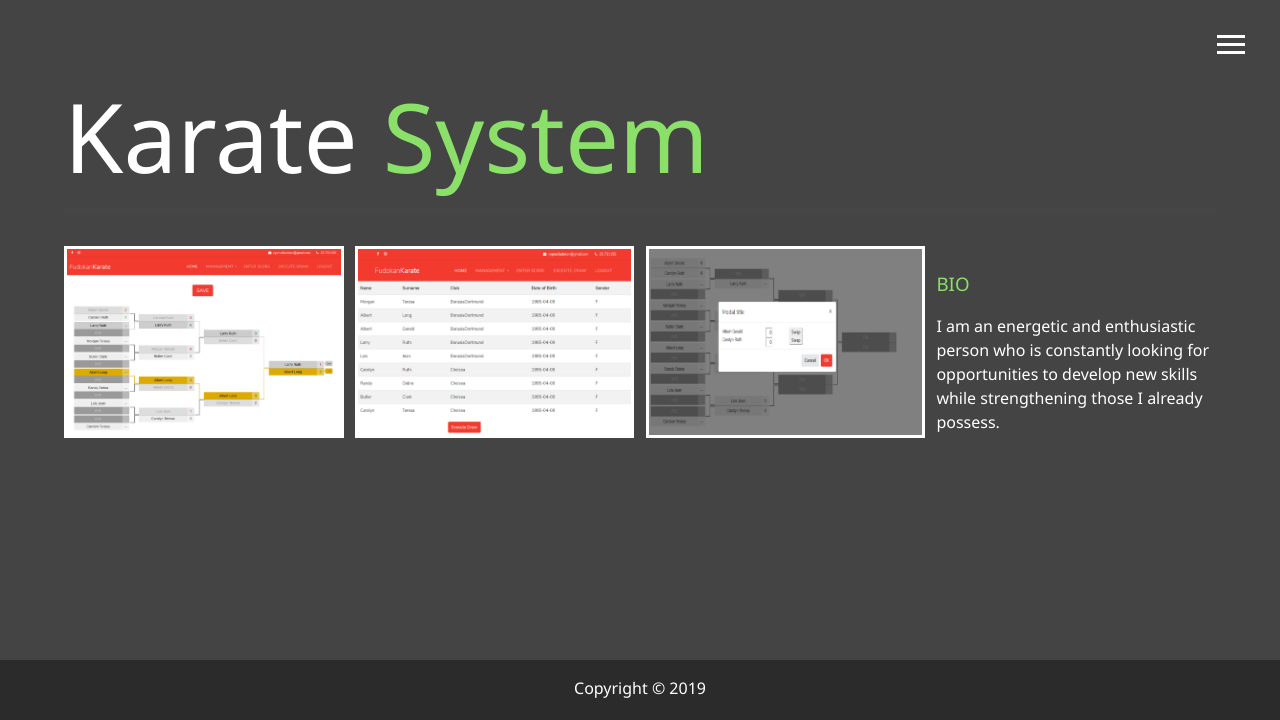
Repository: Preap/portfolio
Page: dist/projects/karate.html
An editor plug-in stored every save of this project. The page is shown before and after the next save, followed by the edit.
The browser window is 1280 px wide. The pictures show the whole page.
Some web libraries are served in a nearby version.

Above is the page before, as saved 2019-06-05 21:56:02.

After the next save:
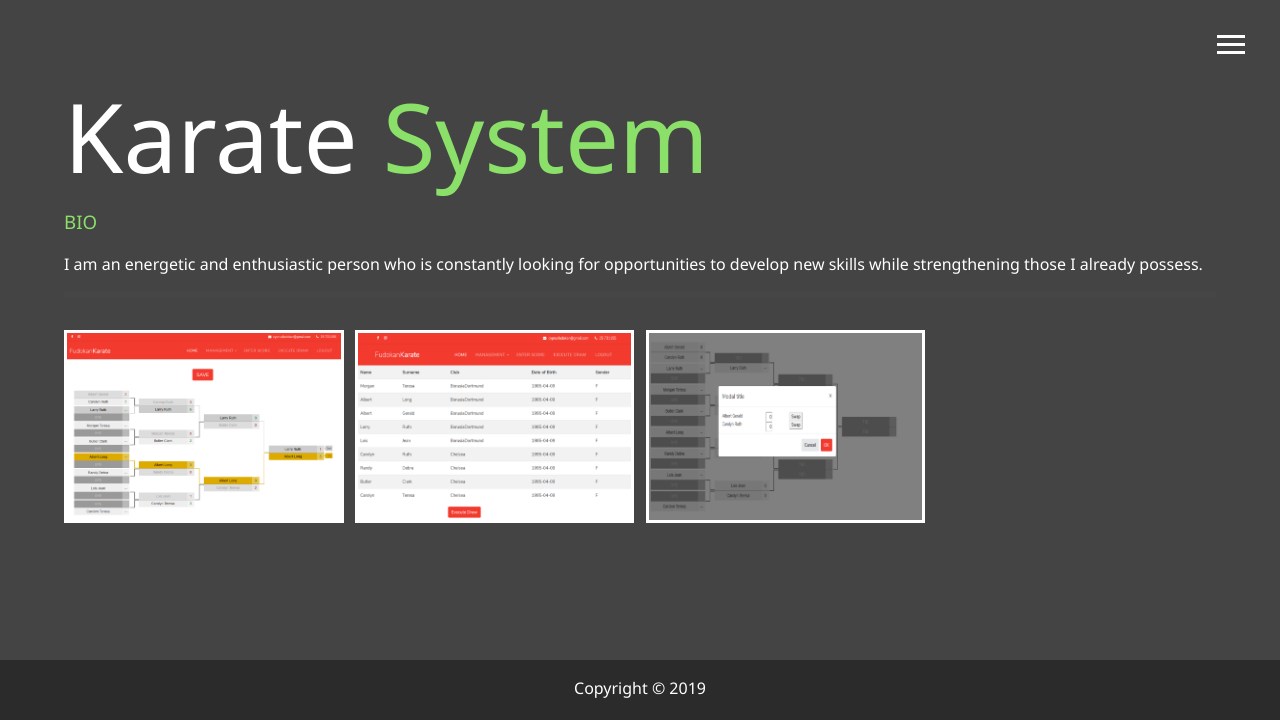
Saved 2 h 54 min later.
--- a/dist/projects/karate.html
+++ b/dist/projects/karate.html
@@ -45,6 +45,15 @@
       <h1 class="lg-heading">
         Karate <span class="text-secondary">System</span>
       </h1>
+
+      <div class="project-description">
+        <h3 class="text-secondary">BIO</h3>
+        <p>
+          I am an energetic and enthusiastic person who is constantly looking
+          for opportunities to develop new skills while strengthening those I
+          already possess.
+        </p>
+      </div>
       <h2 class="sm-heading"></h2>
       <div class="projects">
         <div class="item">
@@ -63,15 +72,6 @@
       </div>
       <br>
 
-      <div class="project-description">
-        <h3 class="text-secondary">BIO</h3>
-        <p>
-          I am an energetic and enthusiastic person who is constantly looking
-          for opportunities to develop new skills while strengthening those I
-          already possess.
-        </p>
-      </div>
-
     </main>
 
     <footer id="main-footer">
